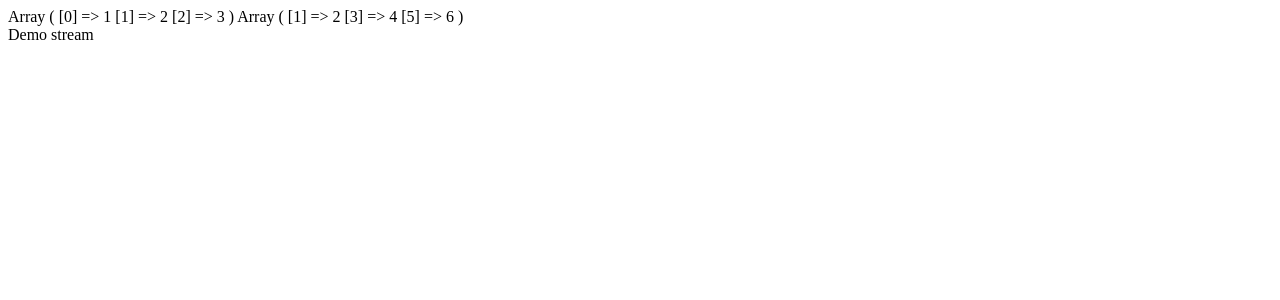
Repository: HoangLinh2001/PHP
Page: http://localhost/demoFunction.php
The author's editor kept a copy of each file at every save. The page is drawn from the files as they stood at one save, then again after the next save.
The browser window is 1280 px wide. The pictures show the whole page.
The page is run by PHP 8.4 with error messages shown; the project is at /var/www/html/.

Above is the page before, as saved 2023-06-20 18:42:02.

### DEMOPHPBUOI2/demoFunction.php
<?php
$myArray = [1, 2, 3, 4, 5];
array_push($myArray, 6, 7);
array_pop($myArray);
array_shift($myArray);
array_unshift($myArray, 9);
$array2 = [4, 8, 3];
$mereArray = array_merge($myArray, $array2);
$myArray2 = [1, 2, 3, 4, 5];
$sliceArray = array_slice($myArray2, 0, 3);
print_r($sliceArray);
// array filter
$filterNumber = array_filter($myArray, function ($num) {
    return $num % 2 == 0;
});
print_r($filterNumber);
echo "<br/> Demo stream";
$filePath = "example.txt";
// write content to the file
$fileHandle = fopen($filePath, "w");
if ($fileHandle) {
    $contentToWrite = "what's your name ? \n";
    fwrite($fileHandle, $contentToWrite);
    fclose($fileHandle);
} else {
    echo "fail to open the file for writing";
}
?>

After the next save:
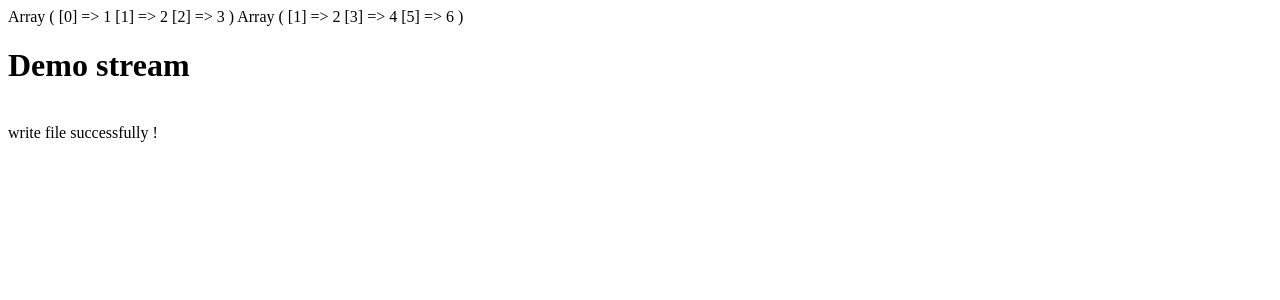
Saved 58 s later.
--- a/DEMOPHPBUOI2/demoFunction.php
+++ b/DEMOPHPBUOI2/demoFunction.php
@@ -14,7 +14,7 @@ $filterNumber = array_filter($myArray, function ($num) {
     return $num % 2 == 0;
 });
 print_r($filterNumber);
-echo "<br/> Demo stream";
+echo "<br> <h1>Demo stream</h1> <br/>";
 $filePath = "example.txt";
 // write content to the file
 $fileHandle = fopen($filePath, "w");
@@ -22,7 +22,8 @@ if ($fileHandle) {
     $contentToWrite = "what's your name ? \n";
     fwrite($fileHandle, $contentToWrite);
     fclose($fileHandle);
+    echo "write file successfully ! \n";
 } else {
-    echo "fail to open the file for writing";
+    echo "fail to open the file for writing \n";
 }
 ?>
